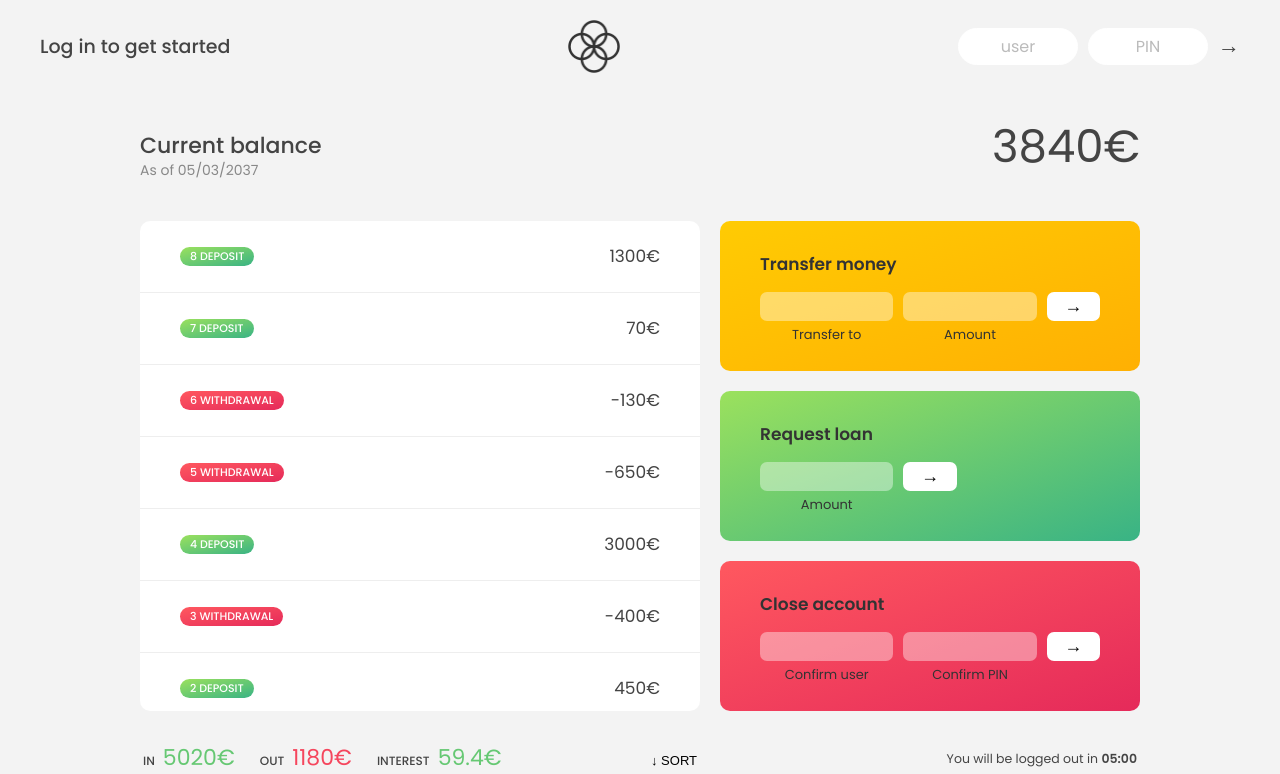
Repository: baodien1405/bankist-project
Page: index.html
An editor plug-in stored every save of this project. The page is shown before and after the next save, followed by the edit.
The browser window is 1280 px wide. The pictures show the whole page.
An inner scrolling area shows only its first screen.

Above is the page before, as saved 2022-01-07 14:55:07.

After the next save:
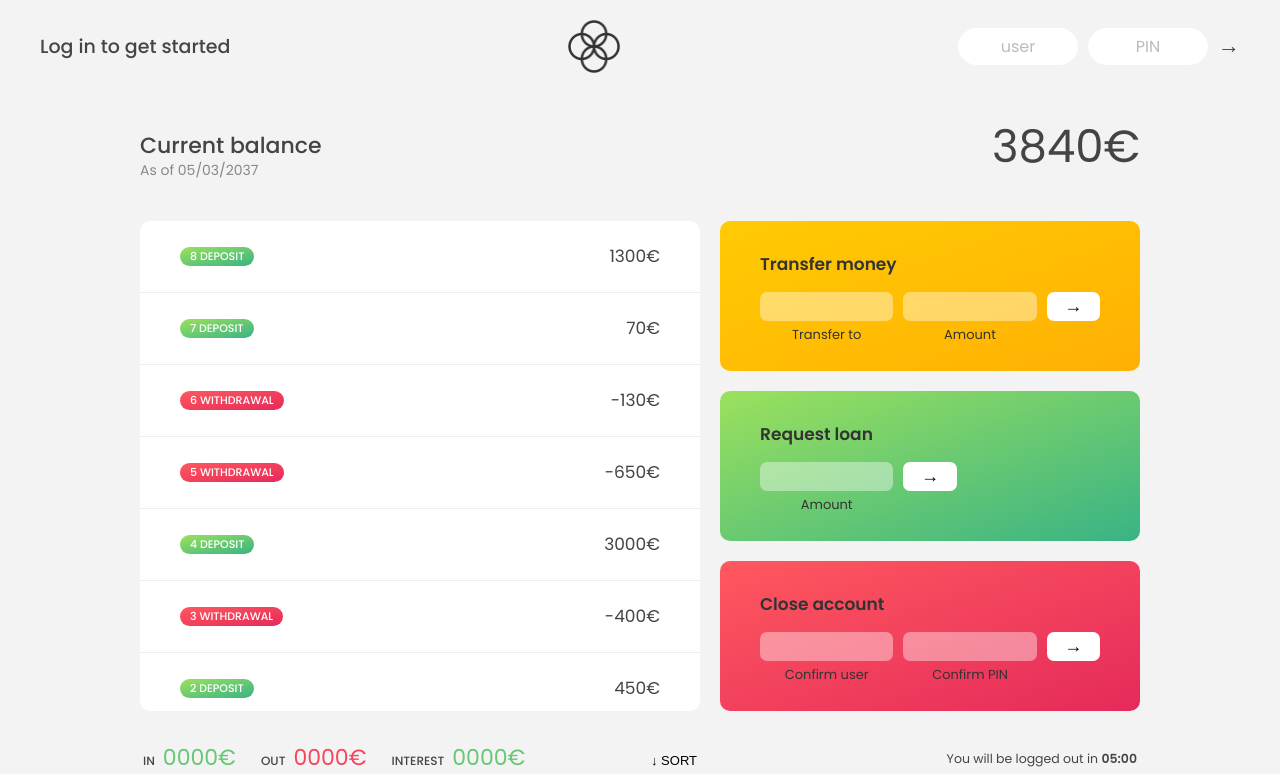
Console error: TypeError: Cannot read properties of undefined (reading 'filter')
Saved 3 min 48 s later.
--- a/script.js
+++ b/script.js
@@ -86,20 +86,20 @@ const calcDisplayBalance = movements => {
 };
 calcDisplayBalance(account1.movements);
 
-const calcDisplaySummary = movements => {
-  const incomes = movements
+const calcDisplaySummary = account => {
+  const incomes = account.movements
     .filter(move => move > 0)
     .reduce((acc, mov) => acc + mov, 0);
 
   labelSumIn.textContent = `${incomes}€`;
 
-  const outcomes = movements
+  const outcomes = account.movements
     .filter(move => move < 0)
     .reduce((acc, mov) => acc + mov, 0);
 
   labelSumOut.textContent = `${Math.abs(outcomes)}€`;
 
-  const interest = movements
+  const interest = account.movements
     .filter(move => move > 0)
     .map(mov => (mov * 1.2) / 100)
     .filter(int => int >= 1)

After the 3 saves that followed:
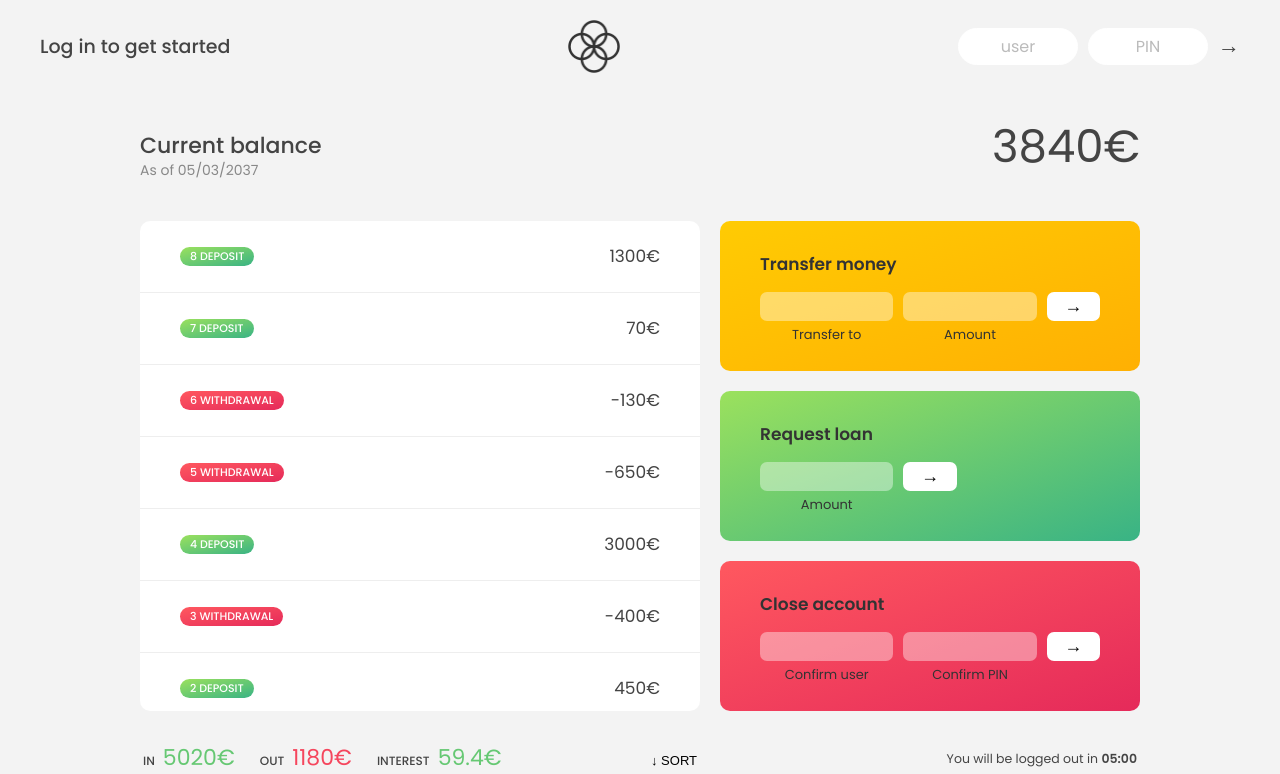
The error is gone.
The 3 saves are shown as one change because 2 left the picture as it was.
The last was saved 2 min 21 s later.
--- a/script.js
+++ b/script.js
@@ -108,7 +108,7 @@ const calcDisplaySummary = movements => {
   labelSumInterest.textContent = `${interest}€`;
 };
 
-calcDisplaySummary(account1.movements);
+calcDisplaySummary(account1);
 
 const createUsernames = function (accs) {
   accs.forEach(acc => {
@@ -137,6 +137,9 @@ btnLogin.addEventListener('click', function (e) {
       currentAccount.owner.split(' ')[0]
     }`;
 
+    inputLoginUsername.value = inputLoginPin.value = '';
+    inputLoginPin.blur();
+
     // Display balance
     calcDisplayBalance(currentAccount.movements);
 
@@ -144,7 +147,7 @@ btnLogin.addEventListener('click', function (e) {
     displayMovements(currentAccount.movements);
 
     // Display summary
-    calcDisplaySummary(currentAccount.movements);
+    calcDisplaySummary(currentAccount);
   }
 });
 
